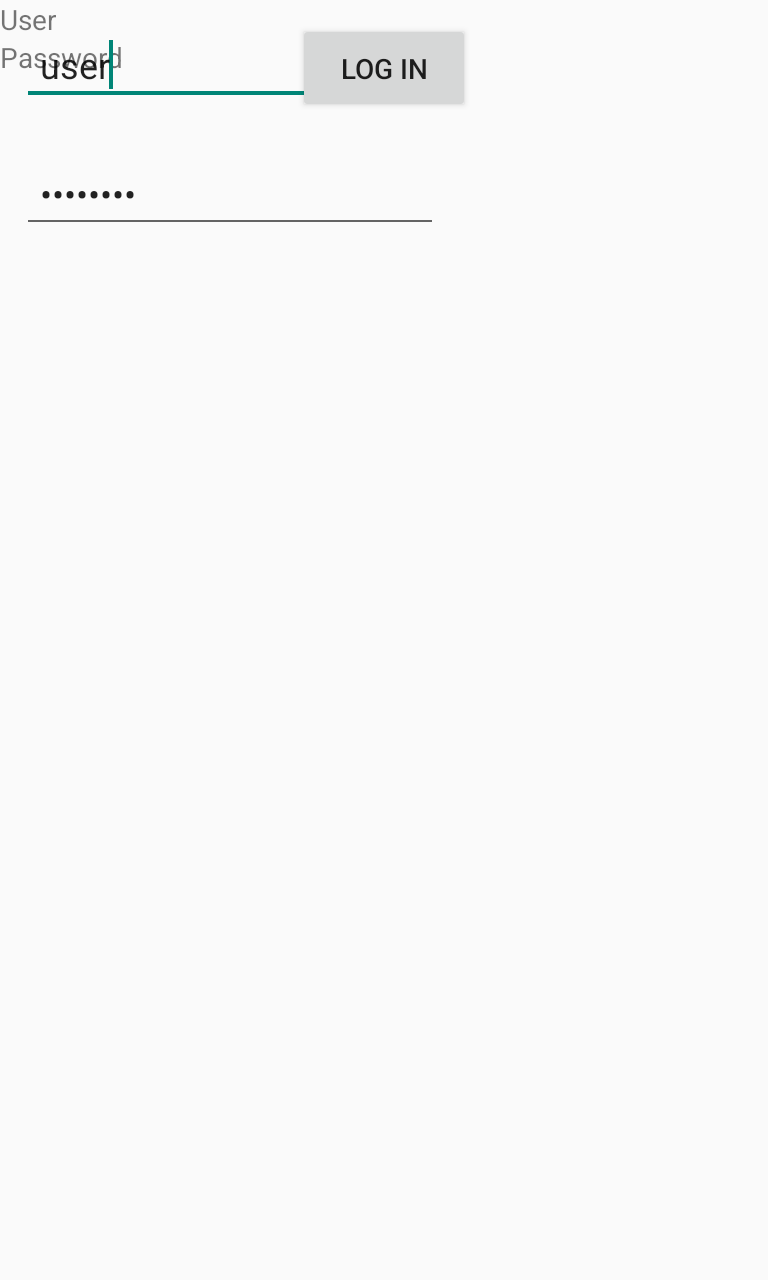
Repository: mgorski-mg/FunsCounter
Layout: FunsCounter/res/layout/login_fragment.xml
The author's editor kept a copy of each file at every save. The layout is drawn from the files as they stood at one save, then again after a run of saves.
It is drawn on a 768 x 1280 px phone screen (xhdpi) without system bars, with theme AppTheme; the app's code is not run.

Above is the layout before, as saved 2014-02-10 18:15:55.

After the next 2 saves:
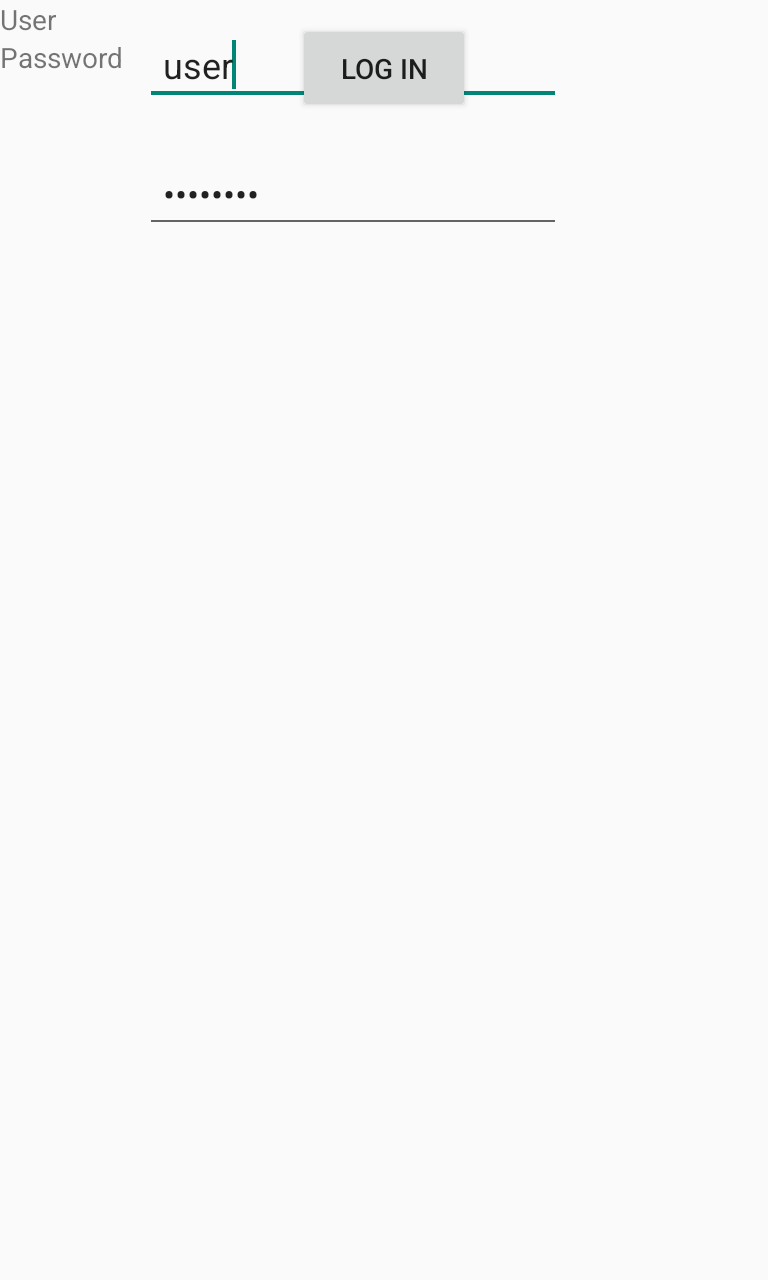
The 2 saves are shown as one change because they came seconds apart.
The last was saved 12 s later.
--- a/FunsCounter/res/layout/login_fragment.xml
+++ b/FunsCounter/res/layout/login_fragment.xml
@@ -3,55 +3,56 @@
     android:layout_height="wrap_content"
     android:layout_gravity="center" >
 
-    <LinearLayout android:layout_width="fill_parent"
-        android:layout_height="wrap_content"></LinearLayout>
+    <LinearLayout
+        android:layout_width="fill_parent"
+        android:layout_height="wrap_content" >
 
-    <LinearLayout
-        android:layout_width="wrap_content"
-        android:layout_height="wrap_content"
-        android:layout_alignParentTop="true"
-        android:orientation="vertical" >
-
-        <TextView
+        <LinearLayout
             android:layout_width="wrap_content"
             android:layout_height="wrap_content"
-            android:text="@string/user" />
+            android:layout_alignParentTop="true"
+            android:orientation="vertical" >
 
-        <TextView
+            <TextView
+                android:layout_width="wrap_content"
+                android:layout_height="wrap_content"
+                android:text="@string/user" />
+
+            <TextView
+                android:layout_width="wrap_content"
+                android:layout_height="wrap_content"
+                android:text="@string/password" />
+        </LinearLayout>
+
+        <LinearLayout
             android:layout_width="wrap_content"
             android:layout_height="wrap_content"
-            android:text="@string/password" />
-    </LinearLayout>
+            android:layout_alignParentTop="true"
+            android:orientation="vertical" >
 
-    <LinearLayout
-        android:layout_width="wrap_content"
-        android:layout_height="wrap_content"
-        android:layout_alignParentTop="true"
-        android:orientation="vertical" >
+            <EditText
+                android:id="@+id/user"
+                android:layout_width="match_parent"
+                android:layout_height="wrap_content"
+                android:layout_margin="10dp"
+                android:ems="10"
+                android:inputType="text"
+                android:padding="10dp"
+                android:text="user" >
 
-        <EditText
-            android:id="@+id/user"
-            android:layout_width="match_parent"
-            android:layout_height="wrap_content"
+                <requestFocus />
+            </EditText>
 
-            android:layout_margin="10dp"
-            android:ems="10"
-            android:inputType="text"
-            android:padding="10dp"
-            android:text="user" >
-
-            <requestFocus />
-        </EditText>
-
-        <EditText
-            android:id="@+id/password"
-            android:layout_width="match_parent"
-            android:layout_height="wrap_content"
-            android:layout_margin="10dp"
-            android:ems="10"
-            android:inputType="textPassword"
-            android:padding="10dp"
-            android:text="password" />
+            <EditText
+                android:id="@+id/password"
+                android:layout_width="match_parent"
+                android:layout_height="wrap_content"
+                android:layout_margin="10dp"
+                android:ems="10"
+                android:inputType="textPassword"
+                android:padding="10dp"
+                android:text="password" />
+        </LinearLayout>
     </LinearLayout>
 
     <Button
